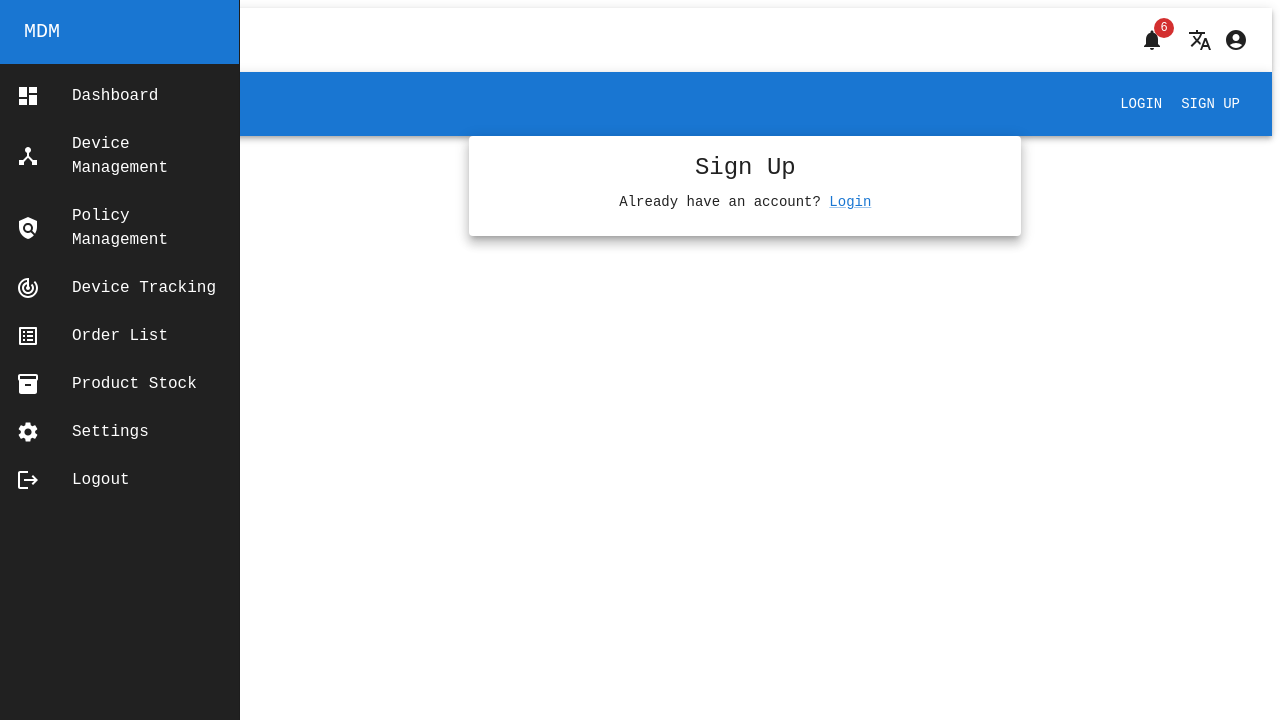
Repository: aalsbr/MDM_FRONTEND
Page: /signup
These files come from the project's save history. The page is drawn as it stood at one moment and after the next save; the edit follows.
The browser window is 1280 px wide. The pictures show the whole page.
The project was rebuilt for these pictures with package versions that can differ from the ones it lists, and the page was loaded fresh each time. Also part of the build but not shown: src/screens/Dashboard.js, src/screens/DeviceManagement.js, src/screens/PolicyManagement.js, src/screens/DeviceTracking.js, src/screens/OrderList.js, src/screens/ProductStock.js, src/screens/Settings.js, src/screens/LogOff.js and 2 more.

Above is the page before, as saved 2024-04-29 22:30:56.

### src/App.js
import React from 'react';
import { BrowserRouter as Router, Route, Routes, NavLink } from 'react-router-dom';
import { Box, List, ListItem, ListItemText, Toolbar, Grid, AppBar , Drawer, IconButton, Typography, Button } from '@mui/material';
import Dashboard from './screens/Dashboard';
import DeviceManagement from './screens/DeviceManagement';
import PolicyManagement from './screens/PolicyManagement';
import DeviceTracking from './screens/DeviceTracking';
import OrderList from './screens/OrderList';
import ProductStock from './screens/ProductStock';
import Settings from './screens/Settings';
import LogOff from './screens/LogOff';
import LoginForm from './screens/LoginForm';
import SignupForm from './screens/SignupForm';
import PasswordResetForm from './screens/PasswordResetForm';
import NavBar from './screens/Navbar';
import MenuIcon from '@mui/icons-material/Menu';
import DashboardIcon from '@mui/icons-material/Dashboard';
import DeviceHubIcon from '@mui/icons-material/DeviceHub'; // Replace with actual icon for Device Management
import PolicyIcon from '@mui/icons-material/Policy'; // Replace with actual icon for Policy Management
import TrackChangesIcon from '@mui/icons-material/TrackChanges'; // Replace with actual icon for Device Tracking
import ListAltIcon from '@mui/icons-material/ListAlt'; // Replace with actual icon for Order List
import InventoryIcon from '@mui/icons-material/Inventory';
import { blue, green } from '@mui/material/colors';
import SettingsIcon from '@mui/icons-material/Settings';
import LogoutIcon from '@mui/icons-material/Logout';
import ListItemIcon from '@mui/material/ListItemIcon';
import { createTheme, ThemeProvider } from '@mui/material/styles';

const drawerWidth = 240;

const theme = createTheme({
    typography: {
      fontFamily: '"Fira Code", monospace',
    },
  });

function App() {
    const handleLogin = (credentials) => {
        // handle login
    };

    const handleSignup = (credentials) => {
        // handle signup
    };

    const handlePasswordReset = (email) => {
        // handle password reset
    };

    return (
        <ThemeProvider theme={theme}>

        <Router>
            <Grid container>
                <Grid item xs={12}>
                    <NavBar />
                </Grid>
                <Grid item xs={2}>
                    <Drawer
                        variant="permanent"
                        sx={{
                            width: drawerWidth,
                            flexShrink: 0,
                            '& .MuiDrawer-paper': {
                                width: drawerWidth,
                                boxSizing: 'border-box',
                                backgroundColor: '#212121', // Drawer background color
                                color: 'white' // Text color
                            },
                        }}
                    >
                        <Toolbar sx={{ backgroundColor: blue[700], color: 'white' }}>
                            <Typography variant="h6" noWrap component="div">
                                MDM
                            </Typography>
                        </Toolbar>
                        <List>
                            {['Dashboard', 'Device Management', 'Policy Management', 'Device Tracking', 'Order List', 'Product Stock', 'Settings', 'Logout'].map((text, index) => (
                                <ListItem button key={text} component={NavLink} to={`/${text.toLowerCase().replace(/\s+/g, '-')}`}
                                    sx={{ '&.active': { backgroundColor: blue[500] } }}>
                                    <ListItemIcon>
                                        {/* You will replace this switch statement with the actual icons you want to use */}
                                        {index === 0 && <DashboardIcon sx={{ color: 'white' }} />}
                                        {index === 1 && <DeviceHubIcon  sx={{ color: 'white' }}/>}
                                        {index === 2 && <PolicyIcon sx={{ color: 'white' }} />}
                                        {index === 3 && <TrackChangesIcon  sx={{ color: 'white' }}/>}
                                        {index === 4 && <ListAltIcon  sx={{ color: 'white' }}/>}
                                        {index === 5 && <InventoryIcon  sx={{ color: 'white' }}/>}
                                        {index === 6 && <SettingsIcon  sx={{ color: 'white' }}/>}
                                        {index === 7 && <LogoutIcon  sx={{ color: 'white' }}/>}
                                        {/* ... other icons */}
                                    </ListItemIcon>
                                    <ListItemText primary={text} />
                                </ListItem>
                            ))}
                        </List>
                    </Drawer>
                </Grid>
                <Grid item xs={10}>
                    <Routes>
                        <Route path="/dashboard" element={<Dashboard />} />
                        <Route path="/device-management" element={<DeviceManagement />} />
                        <Route path="/policy-management" element={<PolicyManagement />} />
                        <Route path="/device-tracking" element={<DeviceTracking />} />
                        <Route path="/order-list" element={<OrderList />} />
                        <Route path="/product-stock" element={<ProductStock />} />
                        <Route path="/settings" element={<Settings />} />
                        <Route path="/logoff" element={<LogOff />} />
                        <Route path="/login" element={<LoginForm onLogin={handleLogin} />} />
                        <Route path="/signup" element={<SignupForm onSignup={handleSignup} />} />
                        <Route path="/reset-password" element={<PasswordResetForm onPasswordReset={handlePasswordReset} />} />
                    </Routes>
                </Grid>
            </Grid>
        </Router>
        </ThemeProvider>

    );
}

export default App;

### src/screens/SignupForm.js
import React, { useState } from 'react';
import { Button, TextField, Card, CardContent, Container, Typography, Link, Snackbar, Box } from '@mui/material';
import { blue } from '@mui/material/colors';
import { Link as RouterLink, useNavigate } from 'react-router-dom';
import MuiAlert from '@mui/material/Alert';

function Alert(props) {
  return <MuiAlert elevation={6} variant="filled" {...props} />;
}

function SignupForm({ onSignup }) {
  const [email, setEmail] = useState('');
  const [password, setPassword] = useState('');
  const [confirmPassword, setConfirmPassword] = useState('');
  const [firstName, setFirstName] = useState('');
  const [lastName, setLastName] = useState('');
  const [open, setOpen] = useState(false);
  const [errorMessage, setErrorMessage] = useState('');
  const navigate = useNavigate();

  const handleSubmit = async (event) => {
    event.preventDefault();
    if (password === confirmPassword) {
      const response = await fetch('http://host.docker.internal:8080/auth/register', {
        method: 'POST',
        headers: {
          'Content-Type': 'application/json',
          'Authorization': 'Bearer dsfsd'
        },
        body: JSON.stringify({
          email: email,
          password: password,
          first_name: firstName,
          last_name: lastName
        })
      });

      if (!response.ok) {
        const message = await response.text();
        setErrorMessage(message);
        setOpen(true);
      } else {
        onSignup({ email, password });
        navigate('/login'); // Redirect to login page on successful signup
      }
    } else {
      setErrorMessage("Passwords don't match!");
      setOpen(true);
    }
  };

  const handleClose = (event, reason) => {
    if (reason === 'clickaway') {
      return;
    }

    setOpen(false);
  };

  return (
    <Container maxWidth="sm">
      <Card raised>
        <CardContent>
          <Typography variant="h5" align="center" gutterBottom>
            Sign Up
          </Typography>
          <form onSubmit={handleSubmit}>
            {/* Your form fields */}
          </form>
          <Typography variant="body2" align="center">
            Already have an account? <Link component={RouterLink} to="/login">Login</Link>
          </Typography>
        </CardContent>
      </Card>
      <Box mt={2} sx={{ overflow: 'hidden' }}>
        <Snackbar open={open} autoHideDuration={6000} onClose={handleClose}>
          <Alert onClose={handleClose} severity="error">
            {errorMessage}
          </Alert>
        </Snackbar>
      </Box>
    </Container>
  );
}

export default SignupForm;

### src/screens/Navbar.js
import React from 'react';
import AppBar from '@mui/material/AppBar';
import Toolbar from '@mui/material/Toolbar';
import IconButton from '@mui/material/IconButton';
import Typography from '@mui/material/Typography';
import InputBase from '@mui/material/InputBase';
import Badge from '@mui/material/Badge';
import MenuItem from '@mui/material/MenuItem';
import Menu from '@mui/material/Menu';
import { styled, alpha } from '@mui/material/styles';
import MenuIcon from '@mui/icons-material/Menu';
import SearchIcon from '@mui/icons-material/Search';
import AccountCircle from '@mui/icons-material/AccountCircle';
import NotificationsIcon from '@mui/icons-material/Notifications';
import MoreIcon from '@mui/icons-material/MoreVert';
import TranslateIcon from '@mui/icons-material/Translate';
import { Box } from '@mui/material';
import { Link as RouterLink } from 'react-router-dom';
import MailIcon from '@mui/icons-material/Mail';
import Button from '@mui/material/Button';

const Search = styled('div')(({ theme }) => ({
  position: 'relative',
  borderRadius: theme.shape.borderRadius,
  backgroundColor: alpha(theme.palette.common.white, 0.15),
  '&:hover': {
    backgroundColor: alpha(theme.palette.common.white, 0.25),
  },
  marginRight: theme.spacing(2),
  marginLeft: 0,
  width: '100%',
  [theme.breakpoints.up('sm')]: {
    marginLeft: theme.spacing(3),
    width: 'auto',
  },
}));

const SearchIconWrapper = styled('div')(({ theme }) => ({
  padding: theme.spacing(0, 2),
  height: '100%',
  position: 'absolute',
  pointerEvents: 'none',
  display: 'flex',
  alignItems: 'center',
  justifyContent: 'center',
}));

const StyledInputBase = styled(InputBase)(({ theme }) => ({
  color: 'inherit',
  '& .MuiInputBase-input': {
    padding: theme.spacing(1, 1, 1, 0),
    // Vertical padding + font size from searchIcon
    paddingLeft: `calc(1em + ${theme.spacing(4)})`,
    transition: theme.transitions.create('width'),
    width: '100%',
    [theme.breakpoints.up('md')]: {
      width: '20ch',
    },
  },
}));

const StyledAppBar = styled(AppBar)(({ theme }) => ({
  backgroundColor: theme.palette.background.paper,
  color: theme.palette.text.primary,
}));

function NavBar() {
  // State and handlers for the profile menu and mobile menu
  const [profileAnchorEl, setProfileAnchorEl] = React.useState(null);
  const [mobileMoreAnchorEl, setMobileMoreAnchorEl] = React.useState(null);

  const isProfileMenuOpen = Boolean(profileAnchorEl);
  const isMobileMenuOpen = Boolean(mobileMoreAnchorEl);

  const handleProfileMenuOpen = (event) => {
    setProfileAnchorEl(event.currentTarget);
  };

  const handleMobileMenuClose = () => {
    setMobileMoreAnchorEl(null);
  };

  const handleMenuClose = () => {
    setProfileAnchorEl(null);
    handleMobileMenuClose();
  };

  const handleMobileMenuOpen = (event) => {
    setMobileMoreAnchorEl(event.currentTarget);
  };

  // Profile menu
  const menuId = 'primary-search-account-menu';
  const renderProfileMenu = (
    <Menu
      anchorEl={profileAnchorEl}
      anchorOrigin={{
        vertical: 'top',
        horizontal: 'right',
      }}
      id={menuId}
      keepMounted
      transformOrigin={{
        vertical: 'top',
        horizontal: 'right',
      }}
      open={isProfileMenuOpen}
      onClose={handleMenuClose}
    >
      <MenuItem onClick={handleMenuClose}>Profile</MenuItem>
      <MenuItem onClick={handleMenuClose}>My account</MenuItem>
    </Menu>
  );

  // Mobile menu
  const mobileMenuId = 'primary-search-account-menu-mobile';
  const renderMobileMenu = (
    <Menu
      anchorEl={mobileMoreAnchorEl}
      anchorOrigin={{
        vertical: 'top',
        horizontal: 'right',
      }}
      id={mobileMenuId}
      keepMounted
      transformOrigin={{
        vertical: 'top',
        horizontal: 'right',
      }}
      open={isMobileMenuOpen}
      onClose={handleMobileMenuClose}
    >
      <MenuItem>
        <IconButton size="large" aria-label="show 4 new mails" color="inherit">
          <Badge badgeContent={4} color="error">
            <MailIcon />
          </Badge>
        </IconButton>
        <p>Messages</p>
      </MenuItem>
      <MenuItem>
        <IconButton
                  size="large"
          aria-label="show 17 new notifications"
          color="inherit"
        >
          <Badge badgeContent={17} color="error">
            <NotificationsIcon />
          </Badge>
        </IconButton>
        <p>Notifications</p>
      </MenuItem>
      <MenuItem onClick={handleProfileMenuOpen}>
        <IconButton
          size="large"
          edge="end"
          aria-label="account of current user"
          aria-controls={menuId}
          aria-haspopup="true"
          color="inherit"
        >
          <AccountCircle />
        </IconButton>
        <p>Profile</p>
      </MenuItem>
    </Menu>
  );

  return (
    <Box sx={{ flexGrow: 1 }}>
      <StyledAppBar position="static">
        <Toolbar>
          <IconButton
            size="large"
            edge="start"
            color="inherit"
            aria-label="open drawer"
            sx={{ mr: 2 }}
          >
            <MenuIcon />
          </IconButton>
          <Search>
            <SearchIconWrapper>
              <SearchIcon />
            </SearchIconWrapper>
            <StyledInputBase
              placeholder="Search…"
              inputProps={{ 'aria-label': 'search' }}
            />
          </Search>
          <Box sx={{ flexGrow: 1 }} />
          <Box sx={{ display: { xs: 'none', md: 'flex' } }}>
            <IconButton size="large" color="inherit">
              <Badge badgeContent={6} color="error">
                <NotificationsIcon />
              </Badge>
            </IconButton>
            <IconButton
              size="large"
              edge="end"
              aria-label="language selection"
              color="inherit"
            >
              <TranslateIcon />
            </IconButton>
            <IconButton
              size="large"
              edge="end"
              aria-label="account of current user"
              aria-controls={menuId}
              aria-haspopup="true"
              onClick={handleProfileMenuOpen}
              color="inherit"
            >
              <AccountCircle />
            </IconButton>
          </Box>
          <Box sx={{ display: { xs: 'flex', md: 'none' } }}>
            <IconButton
              size="large"
              aria-label="show more"
              aria-controls={mobileMenuId}
              aria-haspopup="true"
              onClick={handleMobileMenuOpen}
              color="inherit"
            >
              <MoreIcon />
            </IconButton>
          </Box>
        </Toolbar>
      </StyledAppBar>
      {renderMobileMenu}
      {renderProfileMenu}
      <AppBar position="static">
        <Toolbar>
          <Typography variant="h6" component="div" sx={{ flexGrow: 1 }}>
            App Name
          </Typography>
          <Button color="inherit" component={RouterLink} to="/login">
            Login
          </Button>
          <Button color="inherit" component={RouterLink} to="/signup">
            Sign Up
          </Button>
        </Toolbar>
      </AppBar>
    </Box>
  );
}

export default NavBar;

Loaded but not shown: public/index.html (common file); src/index.js (common file)

After the next save:
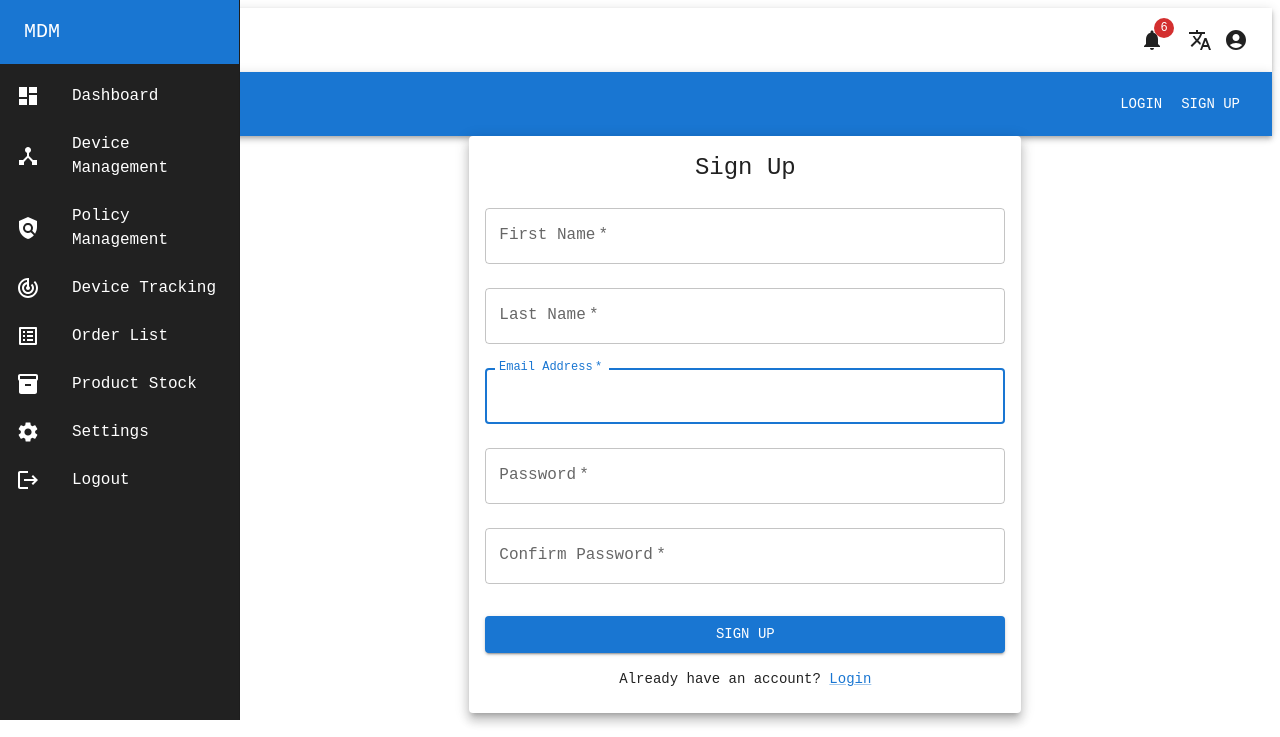
Saved 39 s later.
--- a/src/screens/SignupForm.js
+++ b/src/screens/SignupForm.js
@@ -65,11 +65,84 @@ function SignupForm({ onSignup }) {
             Sign Up
           </Typography>
           <form onSubmit={handleSubmit}>
-            {/* Your form fields */}
+            <TextField
+              variant="outlined"
+              margin="normal"
+              required
+              fullWidth
+              id="firstName"
+              label="First Name"
+              name="firstName"
+              autoComplete="firstName"
+              autoFocus
+              value={firstName}
+              onChange={(e) => setFirstName(e.target.value)}
+            />
+            <TextField
+              variant="outlined"
+              margin="normal"
+              required
+              fullWidth
+              id="lastName"
+              label="Last Name"
+              name="lastName"
+              autoComplete="lastName"
+              autoFocus
+              value={lastName}
+              onChange={(e) => setLastName(e.target.value)}
+            />
+            <TextField
+              variant="outlined"
+              margin="normal"
+              required
+              fullWidth
+              id="email"
+              label="Email Address"
+              name="email"
+              autoComplete="email"
+              autoFocus
+              value={email}
+              onChange={(e) => setEmail(e.target.value)}
+            />
+            <TextField
+              variant="outlined"
+              margin="normal"
+              required
+              fullWidth
+              name="password"
+              label="Password"
+              type="password"
+              id="password"
+              autoComplete="new-password"
+              value={password}
+              onChange={(e) => setPassword(e.target.value)}
+            />
+            <TextField
+              variant="outlined"
+              margin="normal"
+              required
+              fullWidth
+              name="confirmPassword"
+              label="Confirm Password"
+              type="password"
+              id="confirmPassword"
+              autoComplete="new-password"
+              value={confirmPassword}
+              onChange={(e) => setConfirmPassword(e.target.value)}
+            />
+            <Button
+              type="submit"
+              fullWidth
+              variant="contained"
+              color="primary"
+              sx={{ mt: 3, mb: 2, backgroundColor: blue[700] }}
+            >
+              Sign Up
+            </Button>
+            <Typography variant="body2" align="center">
+              Already have an account? <Link component={RouterLink} to="/login">Login</Link>
+            </Typography>
           </form>
-          <Typography variant="body2" align="center">
-            Already have an account? <Link component={RouterLink} to="/login">Login</Link>
-          </Typography>
         </CardContent>
       </Card>
       <Box mt={2} sx={{ overflow: 'hidden' }}>
